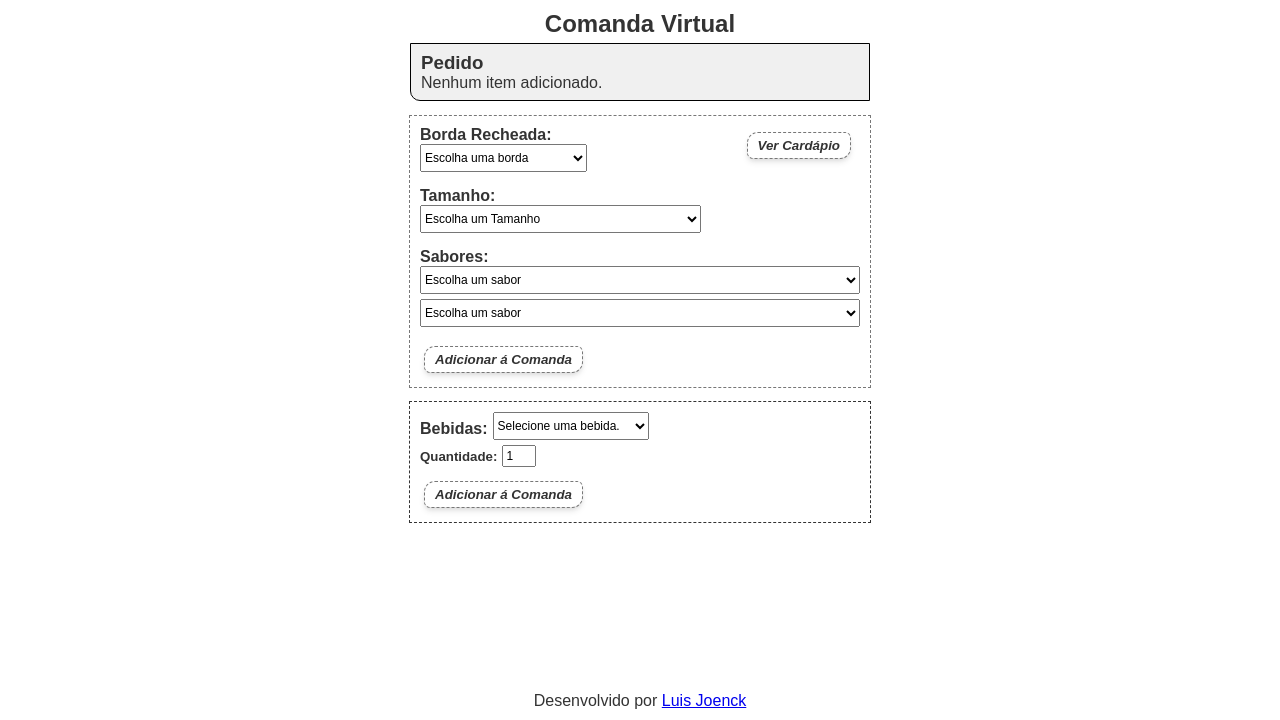
Repository: Joenck91/front-comanda-virtual
Page: index.html
The author's editor kept a copy of each file at every save. The page is drawn from the files as they stood at one save, then again after the next save.
The browser window is 1280 px wide. The pictures show the whole page.

Above is the page before, as saved 2025-10-05 15:04:44.

After the next save:
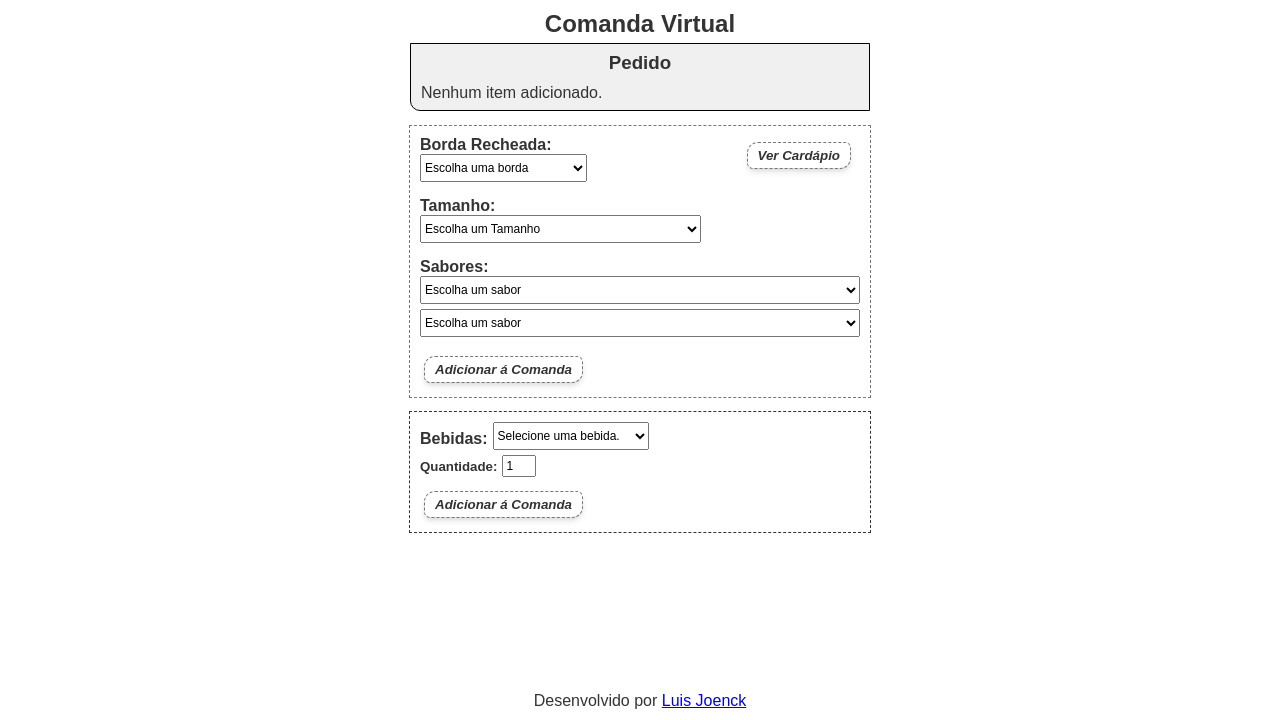
Saved 28 s later.
--- a/style/layout.css
+++ b/style/layout.css
@@ -15,7 +15,7 @@
     display: flex;
     flex-direction: column;
 }
-.command-box h4{
+.command-box h3{
     width: 100% ;
     text-align: center;
     margin-bottom: 10px;}
